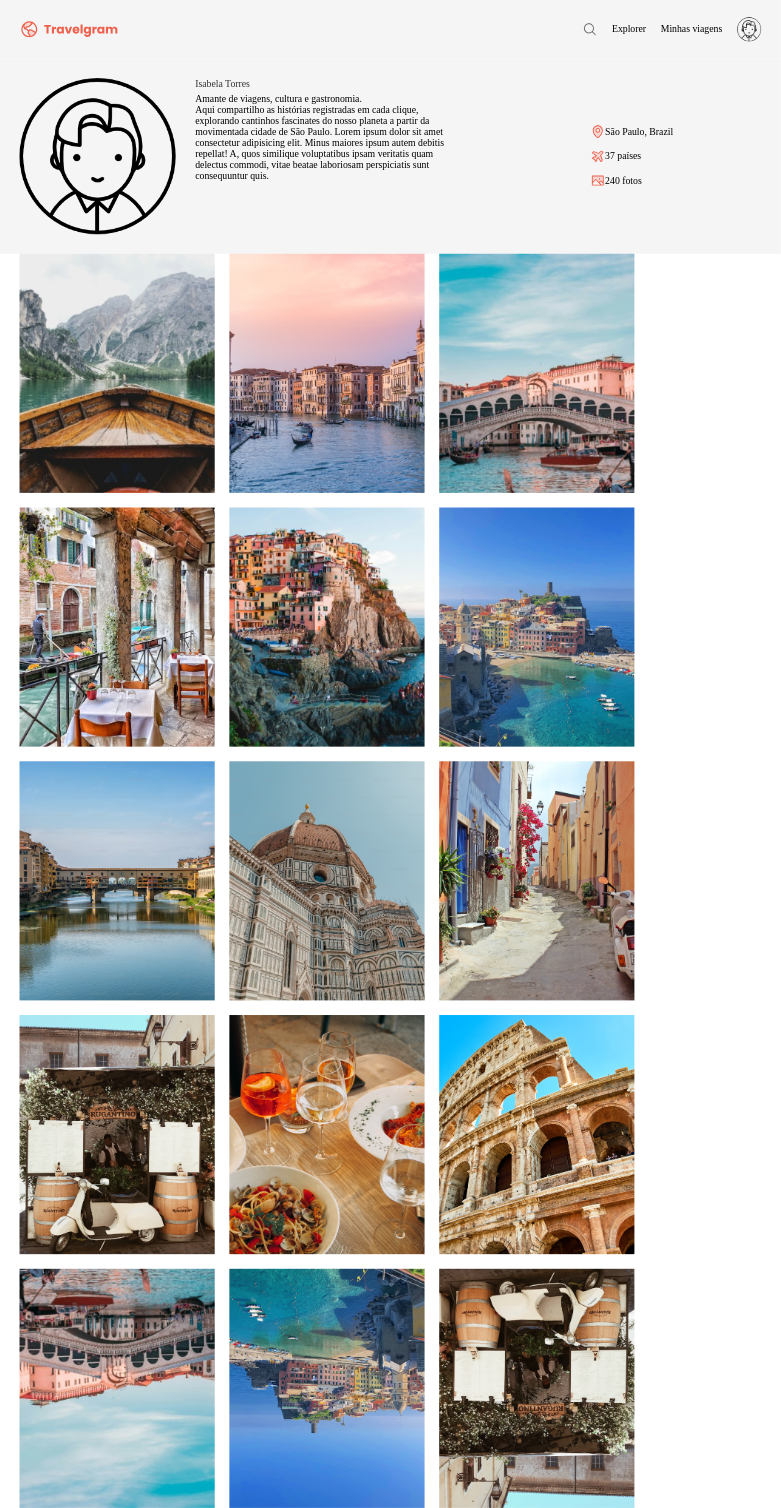
Repository: JeffRodFer/projeto-Travelgran-Rockeseat
Page: index.html
The author's editor kept a copy of each file at every save. The page is drawn from the files as they stood at one save, then again after the next save.
The browser window is 1280 px wide. The pictures show the whole page, at 61% of full size.

Above is the page before, as saved 2025-03-22 17:04:51.

### index.html
<!DOCTYPE html>
<html lang="pt-br">
    <head>

        <link rel="preconnect" href="https://fonts.googleapis.com">
        <link rel="preconnect" href="https://fonts.gstatic.com" crossorigin>
        <meta charset="UTF-8">
        <meta name="viewport" content="width=device-width, initial-scale=1.0">
        <title>travelgran | Perfil de viagens</title>
        <link rel="stylesheet" href="styles/index.css">
        <link href="https://fonts.googleapis.com/css2?family=Bree+Serif&family=Poppins:wght@400;700&display=swap" rel="stylesheet">

    </head>
    <body>
         <div class="bg-surface-color">
                <nav class="container">
                        <a href="#" id="logo">
                        <img src="assets/Logo.svg" alt="logomarca">
                        </a>
                    <ul id="primary-menu">
                        <li>
                            <a href="#">
                                <img src="assets/icons/MagnifyingGlass.svg" alt="ícone de lupa">
                            </a>
                        </li>
                        <li><a href="#">Explorer</a></li>
                        <li><a href="#">Minhas viagens</a></li>
                        <li><a href="#">
                            <img src="assets/profi-pic-2.png" alt="foto de perfil do boy">
                            </a>
                        </li>
                    </ul
                    </nav>
         </div>
         <div class="bg-surface-color">
                <header>
                    <div class="container">
                        <div id="profile">
                            <img src="assets/profi-pic-2.png" alt="imagem do boy">
                             <div>
                                    <h1>Isabela Torres</h1>
                                    <p>
                                        Amante de viagens, cultura e gastronomia.<br> Aqui compartilho as histórias registradas em cada clique, explorando cantinhos fascinates do nosso planeta a partir da movimentada cidade de São Paulo. Lorem ipsum dolor sit amet consectetur adipisicing elit. Minus maiores ipsum autem debitis repellat! A, quos similique voluptatibus ipsam veritatis quam delectus commodi, vitae beatae laboriosam perspiciatis sunt consequuntur quis.
                                    </p>
                             </div>
                        </div>
                            <ul id="info">
                                <li>
                                    <img src="assets/icons/MapPin.svg" alt="ícone de mapa">
                                    <span>São Paulo, Brazil</span>
                                </li>
                                <li>
                                    <img src="assets/icons/AirplaneTilt.svg" alt="ícone de avião">
                                    <span>37 países</span>
                                </li>
                                <li>
                                    <img src="assets/icons/Image.svg" alt="ícone de fotos">
                                    <span>240 fotos</span>
                                </li>
                            </ul>
                    </div>
                </header>
        </div>
        <main class="container">
            <img src="assets/images/Image 01.png" alt="...">
            <img src="assets/images/Image 02.png" alt="...">
            <img src="assets/images/Image 03.png" alt="...">
            <img src="assets/images/Image 04.png" alt="...">
            <img src="assets/images/Image 05.png" alt="...">
            <img src="assets/images/Image 06.png" alt="...">
            <img src="assets/images/Image 07.png" alt="...">
            <img src="assets/images/Image 08.png" alt="...">
            <img src="assets/images/Image 09.png" alt="...">
            <img src="assets/images/Image 10.png" alt="...">
            <img src="assets/images/Image 11.png" alt="...">
            <img src="assets/images/Image 12.png" alt="...">
            <img src="assets/images/Image 13.png" alt="...">
            <img src="assets/images/Image 14.png" alt="...">
            <img src="assets/images/Image 15.png" alt="...">
        </main>
    </body>


</html>

### styles/global.css
* {
    margin: 0;
    padding: 0;
    box-sizing: border-box;
}
:root {
--brand-color: #ef5f4c;
--background-color: #ffffff;
--surface-color: #f5f5f5;
--skeleton-color: #d9d9d9;
--shape-transparent: #ffffff8f;
--text-color-primary: #313131;
--text-color-secondary: #6c6c6c:

--font-family: "Poppins" , sans-serif;
--text-lg: bold 32px/125% var(--font-family);
--text: 16px/1.5 var(--font-family);
--text-md: 14px/170% var(--font-family);
--text-sm: 12px/170% var(--font-family);

}
body {
    font: var(--text);
    color: var(--text-color-secondary);
    background-color: var(--background-color);
}
a {
    text-decoration: none;
    color: inherit;
}
a:hover {
    color: var(--brand-color);
    text-decoration: underline;
}

.container {
    padding-inline: 32px;
    margin-inline: auto;
}

.bg-surface-color {
    background-color: var(--surface-color);
}

### styles/nav.css
nav {
    display: flex;
    justify-content: space-between;
    align-items: center;

    line-height: 0;
    padding-block: 20px;

}

nav ul {
    display: flex;
    list-style: none;
    align-items: center;
    gap: 24px;

    padding-block: 8px;;
}

nav ul li:last-child img {
    width: 40px;
    height: 40px;
    object-fit: cover;
    border-radius: 50%;
}

### styles/header.css
header {
    padding-block: 32px;

    font: var(--text-md);

}

header .container {
    display: flex;
    justify-content: space-between;
    align-items: center;
}

#profile {
    display: flex;
    gap: 32px;
}

#profile > div {
    max-width: 420px;
}

#profile h1 {
    font: var(--text-lg);
    color: var(--text-color-primary);
    margin-bottom: 8px;
}

#info {
    display: flex;
    flex-direction: column;
    gap: 16px;

    width: 280px;
}
#info li {
    display: flex;
    align-items: center;
}

### styles/main.css
main {
    display: flex;
    flex-wrap: wrap;
    gap: 24px 24px;
}
main img {
    width: 320px;
    height: 392px;
    object-fit: cover;

}

Loaded but not shown: styles/index.css (common file)

After the next save:
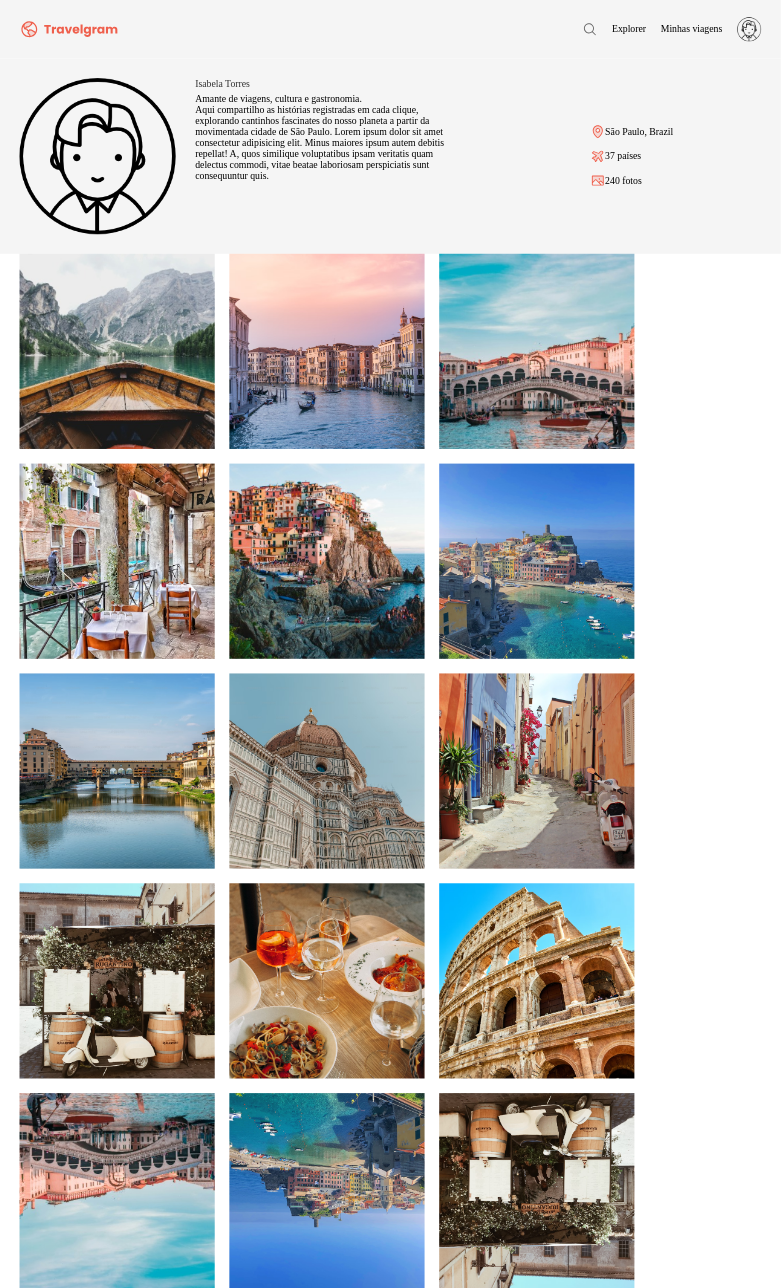
Saved 4 s later.
--- a/styles/main.css
+++ b/styles/main.css
@@ -5,7 +5,7 @@ main {
 }
 main img {
     width: 320px;
-    height: 392px;
+    height: 320px;
     object-fit: cover;
 
 }
